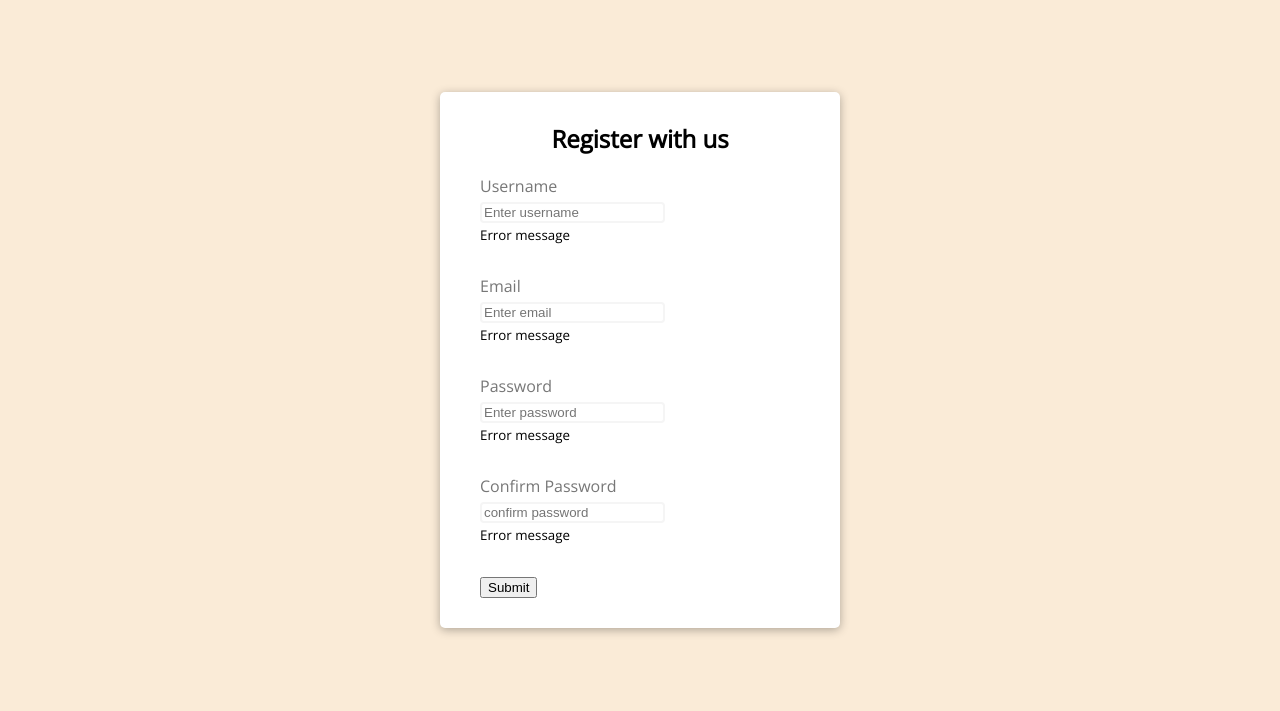
Repository: Azariagmt/Vanilla-javascript
Page: Form-Validator/index.html
An editor plug-in stored every save of this project. The page is shown before and after a run of saves, followed by the edit.
The browser window is 1280 px wide. The pictures show the whole page.

Above is the page before, as saved 2020-04-20 09:42:25.

### Form-Validator/index.html
<!DOCTYPE html>
<!--[if lt IE 7]>      <html class="no-js lt-ie9 lt-ie8 lt-ie7"> <![endif]-->
<!--[if IE 7]>         <html class="no-js lt-ie9 lt-ie8"> <![endif]-->
<!--[if IE 8]>         <html class="no-js lt-ie9"> <![endif]-->
<!--[if gt IE 8]><!--> <html class="no-js"> <!--<![endif]-->
    <head>
        <meta charset="utf-8">
        <meta http-equiv="X-UA-Compatible" content="IE=edge">
        <title>Form Validator</title>
        <meta name="description" content="">
        <meta name="viewport" content="width=device-width, initial-scale=1">
        <link rel="stylesheet" href="style.css">
    </head>
    <body>
        <!--[if lt IE 7]>
            <p class="browsehappy">You are using an <strong>outdated</strong> browser. Please <a href="#">upgrade your browser</a> to improve your experience.</p>
        <![endif]-->

        <div class="container">
            <form action="" id="form" class="form">
                <h2> Register with us   </h2>
                <div class="form-control">
                    <label for="username">Username</label>
                    <input type="text" id="username" placeholder="Enter username">
                    <small> Error message</small>
                </div>
                <div class="form-control">
                    <label for="email">Email</label>
                    <input type="text" id="email" placeholder="Enter email">
                    <small> Error message</small>
                </div>
                <div class="form-control">
                    <label for="password">Password</label>
                    <input type="password" id="password" placeholder="Enter password">
                    <small> Error message</small>
                </div>
                <div class="form-control">
                    <label for="confirm">Confirm Password</label>
                    <input type="password" id="confirm" placeholder="confirm password">
                    <small> Error message</small>
                </div>
                <button>Submit</button>
            </form>
        </div>
        <script src="script.js" async defer></script>
    </body>
</html>

### Form-Validator/style.css
@import url('https://fonts.googleapis.com/css2?family=Open+Sans:wght@300&display=swap');

*{
    box-sizing: border-box;
}

body{
    background-color: antiquewhite;
    font-family: 'Open Sans', sans-serif;
    display: flex;
    align-items: center;
    justify-content: center;
    min-height: 100vh;
    margin: 0;
}

.container{
    background-color:white;
    border-radius: 5px;
    box-shadow: 0 2px 10px rgba(0, 0, 0, .3);
    width: 400px;
}

h2{
    text-align: center;
    margin: 0 0 20px;
}

.form{
    padding: 30px 40px;
}

.form-control{
    margin-bottom: 10px;
    padding-bottom: 20px;
    position: relative;
}

.form-control label{
    color:#777;
    display: block;
    margin-bottom: 5px;
}

.form-control input{
    border: 2px solid whitesmoke;
    border-radius: 4px;
    display: block;
}

Loaded but not shown: Form-Validator/script.js (no copy from this time; the picture is the same without it)

After the next 9 saves:
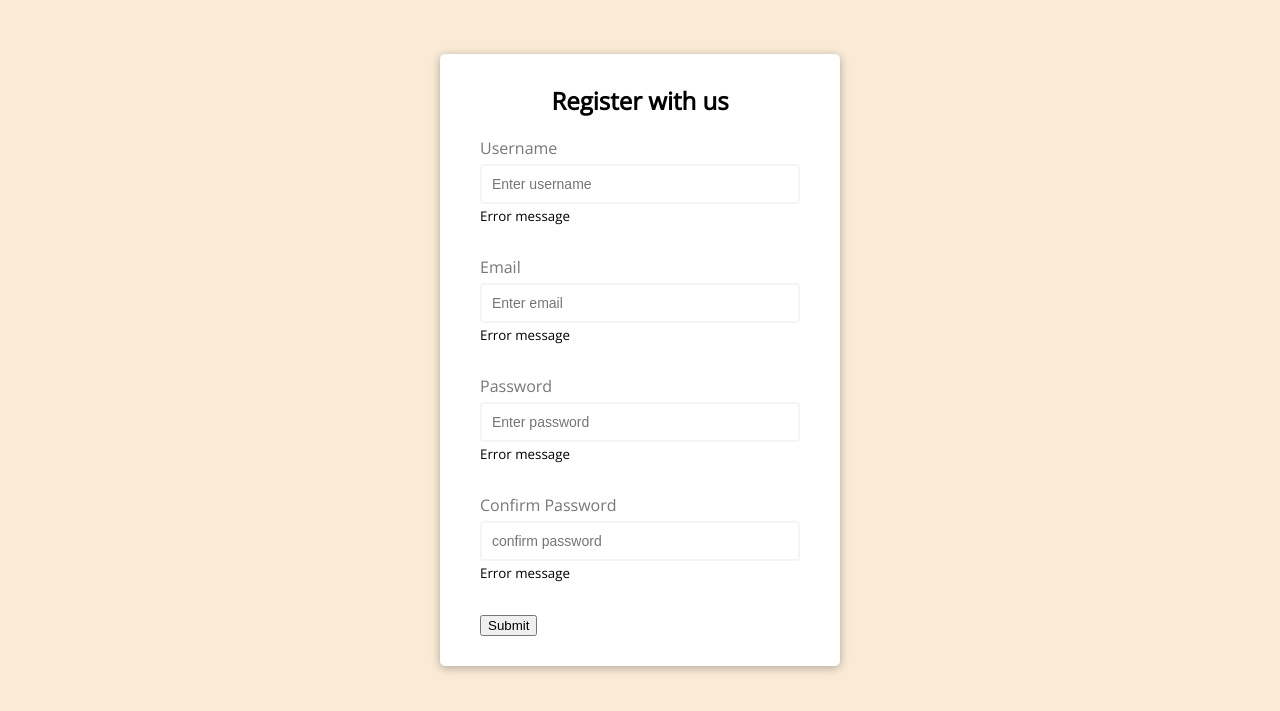
The 9 saves are shown as one change because they came seconds apart.
The last was saved 20 s later.
--- a/Form-Validator/style.css
+++ b/Form-Validator/style.css
@@ -46,4 +46,7 @@ h2{
     border: 2px solid whitesmoke;
     border-radius: 4px;
     display: block;
+    width: 100%;
+    padding: 10px;
+    font-size: 14px;
 }
